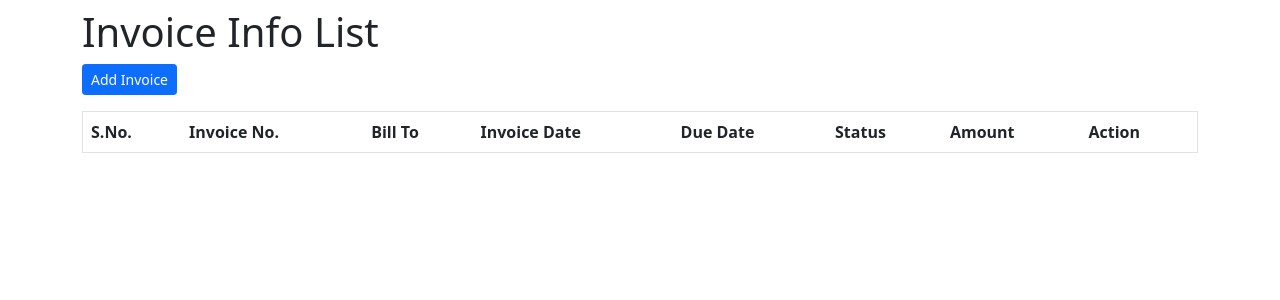
Repository: Aayush13013/Invoice_Management_app
Page: http://localhost/invoiceInfo/WEB-INF/jsp/Home.jsp
An editor plug-in stored every save of this project. The page is shown before and after a run of saves, followed by the edit.
The browser window is 1280 px wide. The pictures show the whole page.
The page is served by Tomcat 9. Nobody is signed in. Other server files are loaded and not shown. The template is opened directly, without the code that normally fills it, so the values that code supplies are empty.

Above is the page before, as saved 2021-12-27 18:42:59.

### invoiceInfo/invoiceInfo/src/main/webapp/WEB-INF/jsp/Home.jsp
<%@ page language="java" contentType="text/html; charset=ISO-8859-1"
	pageEncoding="ISO-8859-1"%>
<%@ taglib prefix="form" uri="http://www.springframework.org/tags/form"%>

<%@ taglib prefix="c" uri="http://java.sun.com/jsp/jstl/core"%>
<%@ taglib uri="http://www.springframework.org/tags" prefix="s" %>

<!doctype html>
<html lang="en" xmlns:th="http://www.thymeleaf.org">
<head>
<meta charset="UTF-8">
<meta name="viewport"
	content="width=device-width, user-scalable=no, initial-scale=1.0, maximum-scale=1.0, minimum-scale=1.0">
<meta http-equiv="X-UA-Compatible" content="ie=edge">
<title>Invoice Info List</title>
<link
	href="https://cdn.jsdelivr.net/npm/bootstrap@5.0.2/dist/css/bootstrap.min.css"
	rel="stylesheet"
	integrity="sha384-EVSTQN3/azprG1Anm3QDgpJLIm9Nao0Yz1ztcQTwFspd3yD65VohhpuuCOmLASjC"
	crossorigin="anonymous">
</head>
<body>
	<div class="container my-2">
		<h1>Invoice Info List</h1>
		<a href="http://localhost:9191/openNewInvoiceInfoForm"
			class="btn btn-primary btn-sm mb-3">Add Invoice</a>
		<table border="1" class="table table-striped table-responsive-md">
			<thead>
				<tr>
					<th>S.No.</th>
					<th>Invoice No.</th>
					<th>Bill To</th>
					<th>Invoice Date</th>
					<th>Due Date</th>
					<th>Status</th>
					<th>Amount</th>
					<th>Action</th>
				</tr>
			</thead>

			<%-- <tbody>
				<c:forEach var="invoiceInfo" items="${InvoiceInfoList}">
					<tr>
						<td>${invoiceInfo.id}</td>
						<td>${invoiceInfo.invoiceNo}</td>
						<td>${invoiceInfo.billTo}</td>
						<td>${invoiceInfo.invoiceDate}</td>
						<td>${invoiceInfo.dueDate}</td>
						<td>${invoiceInfo.status}</td>
						<td>${invoiceInfo.grandTotal}</td>

						<td><a
							href="http://localhost:9191/editInvoiceForm/${invoiceInfo.id}"
							class="btn btn-primary">Edit</a> <a
							href="http://localhost:9191/deleteInvoiceByid/${invoiceInfo.id}"
							class="btn btn-danger">Delete</a></td>
					</tr>
				</c:forEach>
			</tbody> --%>
		</table>


		<%--  <c:if test="${data.size() > 0 }">

        	<div class="row col-sm-10">
        		<div class="col-sm-2">
        			Total Rows:${totalItems }
        		</div>
        		<div class= "col-sm-1">
        			<c:forEach begin="0" end="${totalPages-1}" var="page">
        				<a href="/page/${page }"></a>
        			</c:forEach>
        		</div>

        	</div>


        </c:if> --%>

	</div>
</body>
</html>

After the next 2 saves:
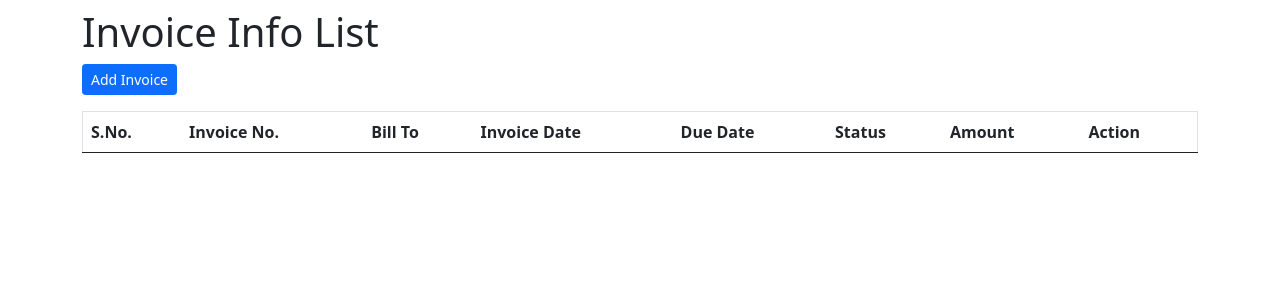
The 2 saves are shown as one change because they came seconds apart.
The last was saved 48 s later.
--- a/invoiceInfo/invoiceInfo/src/main/webapp/WEB-INF/jsp/Home.jsp
+++ b/invoiceInfo/invoiceInfo/src/main/webapp/WEB-INF/jsp/Home.jsp
@@ -37,6 +37,7 @@
 					<th>Action</th>
 				</tr>
 			</thead>
+			<tbody></tbody>
 
 			<%-- <tbody>
 				<c:forEach var="invoiceInfo" items="${InvoiceInfoList}">
